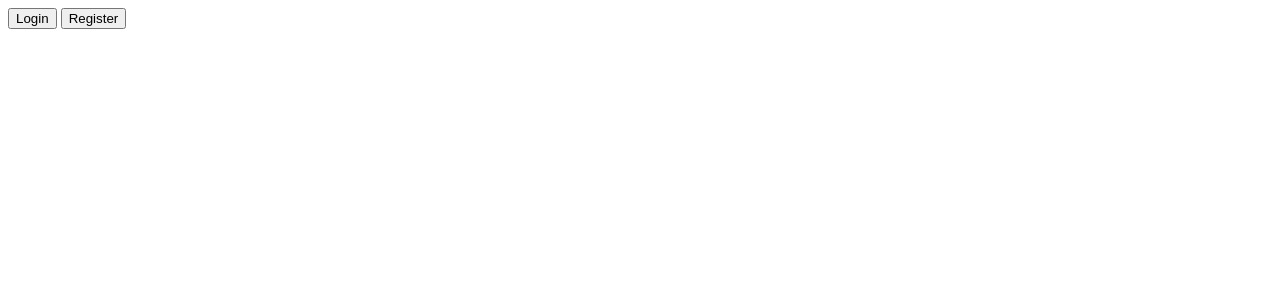
Repository: sheep9590/Test
Page: eclipse-workspace/Prj03/WebRoot/Login.html
The author's editor kept a copy of each file at every save. The page is drawn from the files as they stood at one save, then again after the next save.
The browser window is 1280 px wide. The pictures show the whole page.

Above is the page before, as saved 2021-09-08 16:04:28.

### eclipse-workspace/Prj03/WebRoot/Login.html
<!DOCTYPE html>
<html>
<body>
<form>
<input type="submit" value="Login">
<input type="submit" value="Register">
</form>
</body>
</html>

After the next save:
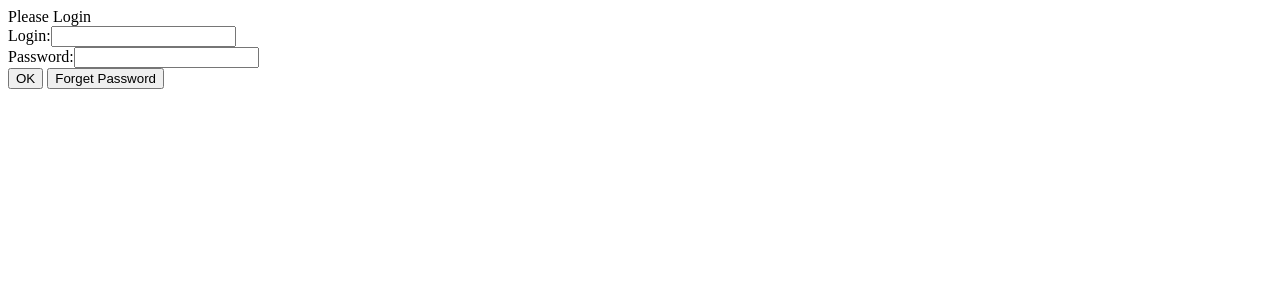
Saved 57 s later.
--- a/eclipse-workspace/Prj03/WebRoot/Login.html
+++ b/eclipse-workspace/Prj03/WebRoot/Login.html
@@ -1,9 +1,11 @@
 <!DOCTYPE html>
 <html>
-<body>
-<form>
-<input type="submit" value="Login">
-<input type="submit" value="Register">
-</form>
+  Please Login<br>
+     <form >
+     Login:<input type="text"><br>
+     Password:<input type="password"><br>
+     <input type="submit" value="OK">
+     <input type="reset" value="Forget Password">
+     </form>
 </body>
 </html>
